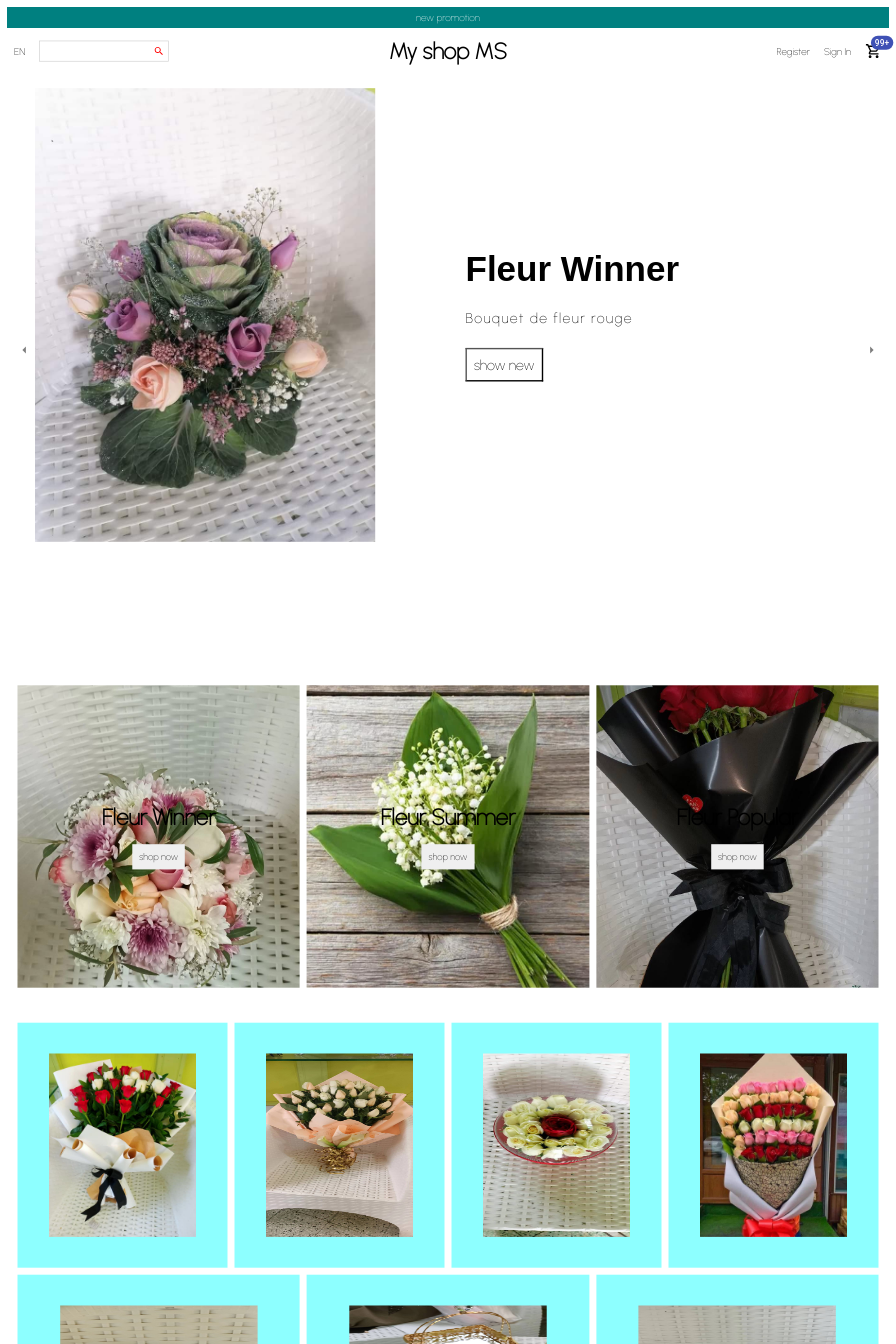
Repository: jarraymassaoud/react-web
Page: /
The author's editor kept a copy of each file at every save. The page is drawn from the files as they stood at one save, then again after the next save.
The browser window is 1280 px wide. The pictures show the part of the page from y = 0 to 1920 px (the page is 2807 px tall), at 70% of full size.
The project was rebuilt for these pictures with package versions that can differ from the ones it lists, and the page was loaded fresh each time. Also part of the build but not shown: src/pages/Cart.jsx, src/pages/Login.jsx, src/pages/Bunch.jsx.

Above is the page before, as saved 2022-06-01 08:21:04.

### public/index.html
<!DOCTYPE html>
<html lang="en">
  <head>
    <meta charset="utf-8" />
    <link rel="icon" href="%PUBLIC_URL%/favicon.ico" />
    <meta name="viewport" content="width=device-width, initial-scale=1" />
    <meta name="theme-color" content="#000000" />
    <meta
      name="description"
      content="Web site created using create-react-app"
    />
    <link rel="preconnect" href="https://fonts.googleapis.com" />
    <link rel="preconnect" href="https://fonts.gstatic.com" crossorigin />
    <link
      href="https://fonts.googleapis.com/css2?family=Urbanist:wght@100&display=swap"
      rel="stylesheet"
    />
    <style>
      * {
        margin: 0;
        font-family: "Urbanist", sans-serif;
      }
    </style>
    <!--
      manifest.json provides metadata used when your web app is installed on a
      user's mobile device or desktop. See https://developers.google.com/web/fundamentals/web-app-manifest/
    -->
    <!--
      Notice the use of %PUBLIC_URL% in the tags above.
      It will be replaced with the URL of the `public` folder during the build.
      Only files inside the `public` folder can be referenced from the HTML.

      Unlike "/favicon.ico" or "favicon.ico", "%PUBLIC_URL%/favicon.ico" will
      work correctly both with client-side routing and a non-root public URL.
      Learn how to configure a non-root public URL by running `npm run build`.
    -->
    <title>React App</title>
  </head>
  <body>
    <noscript>You need to enable JavaScript to run this app.</noscript>
    <div id="root"></div>
    <!--
      This HTML file is a template.
      If you open it directly in the browser, you will see an empty page.

      You can add webfonts, meta tags, or analytics to this file.
      The build step will place the bundled scripts into the <body> tag.

      To begin the development, run `npm start` or `yarn start`.
      To create a production bundle, use `npm run build` or `yarn build`.
    -->
  </body>
</html>

### src/App.jsx
import React from "react";
import Cart from "./pages/Cart";
import Login from "./pages/Login";
import Home from "./pages/Home";
import Bunch from "./pages/Bunch";

const App = () => {
  return <Home />;
};

export default App;

### src/pages/Home.jsx
import React from "react";
import Annonce from "../components/Annonce";
import Navbar from "../components/Navbar";
import Slider from "../components/Slider";
import Categories from "../components/Categories";
import Products from "../components/Products";
import Newsletter from "../components/Newsletter";
import Footer from "../components/Footer";

const Home = () => {
  return (
    <div>
      <Annonce />
      <Navbar />
      <Slider />
      <Categories />
      <Products />
      <Newsletter />
      <Footer />
    </div>
  );
};

export default Home;

### src/components/Annonce.jsx
import styled from "styled-components";

const Container = styled.div`
  height: 30px;
  background-color: teal;
  color: white;
  display: flex;
  align-items: center;
  justify-content: center;
  font-size: 14px;
  font-weight: 500;
  margin: 10px;
`;

const Annonce = () => {
  return (
    <div>
      <Container>new promotion</Container>
    </div>
  );
};

export default Annonce;

### src/components/Footer.jsx
import {
  Facebook,
  GitHub,
  LinkedIn,
  MailOutline,
  Phone,
  Room,
} from "@material-ui/icons";
import React from "react";
import styled from "styled-components";
const Container = styled.div`
  display: flex;
  border: 0.5px solid lightgray;
  border-radius: 10px;
  background-color: gainsboro;
`;
const Left = styled.div`
  flex: 1;
  display: flex;
  padding: 20px;
  flex-direction: column;
  margin-left: 100px;
`;
const Logo = styled.h1``;
const Desc = styled.p`
  margin: 20px 0px;
`;
const SocialContainer = styled.div`
  display: flex;
`;
const SocialIcon = styled.div`
  width: 40px;
  height: 40px;
  border-radius: 50%;
  color: white;
  background-color: #${(props) => props.color};
  display: flex;
  align-items: center;
  justify-content: center;
  margin-right: 10px;
`;

const Center = styled.div`
  flex: 1;
  padding: 20px;
  align-items: center;
  justify-content: center;
`;
const Title = styled.h3`
  margin-bottom: 30px;
`;
const List = styled.ul`
  margin: 0px;
  padding: 0px;
  list-style: none;
  flex-wrap: wrap;
`;
const ListItem = styled.li`
  width: 50%;
`;
const Right = styled.div`
  flex: 1;
  padding: 20px;
  justify-content: center;
  align-items: center;
  margin-left: 100px;
`;
const ContactItem = styled.div``;

const Footer = () => {
  return (
    <Container>
      <Left>
        <Logo> MS</Logo>
        <Desc>my shop MS</Desc>
        <SocialContainer>
          <SocialIcon color="0080ff">
            <Facebook />
          </SocialIcon>
          <SocialIcon color="0059b3">
            <LinkedIn />
          </SocialIcon>
          <SocialIcon color="000000">
            <GitHub />
          </SocialIcon>
        </SocialContainer>
      </Left>
      <Center>
        <Title> Links</Title>
        <List>
          <ListItem>Home</ListItem>
          <ListItem>Cart</ListItem>
          <ListItem>Accesoires</ListItem>
          <ListItem>MyAccount</ListItem>
        </List>
      </Center>
      <Right>
        <Title> Contact</Title>
        <ContactItem>
          <Room />
          Tunisia
        </ContactItem>
        <ContactItem>
          <Phone />
          xxxxxxxx
        </ContactItem>
        <ContactItem>
          <MailOutline /> jarraymassoud@gmail.com
        </ContactItem>
      </Right>
    </Container>
  );
};

export default Footer;

### src/components/Navbar.jsx
import { Search, ShoppingCartOutlined } from "@material-ui/icons";
import { Badge } from "@material-ui/core";
import React from "react";
import styled from "styled-components";

const Container = styled.div`
  height: 40px;
`;

const Wrapper = styled.div`
  padding: 4px 20px;
  display: flex;
  justify-content: space-between;
`;

const Left = styled.div`
  flex: 1;
  display: flex;
  align-items: center;
`;

const Language = styled.span`
  font-size: 14px;
  cursor: pointer;
`;
const SearchContainer = styled.div`
  border: 0.5px solid lightgray;
  display: flex;
  align-items: center;
  margin-left: 20px;
  padding: 5px;
`;
const Input = styled.input`
  border: none;
`;
const Center = styled.div`
  flex: 1;
  text-align: center;
`;
const Logo = styled.h1`
  font-weight: bold;
  display: flex;
  justify-content: center;
`;
const Right = styled.div`
  flex: 1;
  display: flex;
  align-items: center;
  justify-content: flex-end;
`;
const MenuItem = styled.div`
  font-size: 14px;
  cursor: pointer;
  margin-left: 20px;
`;
const Navbar = () => {
  return (
    <Container>
      <Wrapper>
        <Left>
          <Language>EN</Language>
          <SearchContainer>
            <Input />
            <Search style={{ color: "red", fontSize: 16 }} />
          </SearchContainer>
        </Left>
        <Center>
          <Logo>My shop MS</Logo>
        </Center>
        <Right>
          <MenuItem>Register</MenuItem>
          <MenuItem> Sign In</MenuItem>
          <MenuItem>
            <Badge badgeContent={100} color="primary" max={99}>
              <ShoppingCartOutlined />
            </Badge>
          </MenuItem>
        </Right>
      </Wrapper>
    </Container>
  );
};

export default Navbar;

### src/components/Slider.jsx
import React from "react";

import { ArrowLeftOutlined, ArrowRightOutlined } from "@material-ui/icons";
import styled from "styled-components";
import { sliderItems } from "../data";
import { useState } from "react";

const Container = styled.div`
  width: 100%;
  height: 120vh;
  display: flex;
  position: relative;
  overflow: hidden;
`;

const Arrow = styled.div`
  width: 50px;
  height: 50px;
  border-radius: 50%;
  display: flex;
  align-items: center;
  justify-content: center;
  position: absolute;
  top: 0%;
  left: ${(props) => props.direction === "left" && "10px"};
  right: ${(props) => props.direction === "right" && "10px"};
  bottom: 5%;
  margin: auto;
  cursor: pointer;
  opacity: 0.5;
  z-index: 2;
`;
const Wrapper = styled.div`
  height: 90%;
  display: flex;
  transition: all 1.5s ease;
  transform: translateX(${(props) => props.slideIndex * -100}vw);
`;
const Slide = styled.div`
  width: 100vw;
  height: 100vh;
  display: flex;
  align-items: center;
  background-color: #${(props) => props.bg};
`;
const ImgContainer = styled.div`
  padding-left: 50px;
  height: 90%;
  flex: 1;
`;
const InfoContainer = styled.div`
  flex: 1;
`;
const Image = styled.img`
  height: 100%;
`;
const Title = styled.h1`
  font-family: sans-serif;
  font-size: 50px;
`;
const Desc = styled.p`
  margin: 30px 0px;
  font-size: 20px;
  font-weight: 500;
  letter-spacing: 2px;
`;
const Button = styled.button`
  padding: 10px;
  font-size: 20px;
  background-color: transparent;
  cursor: pointer;
`;

const Slider = () => {
  const [slideIndex, setSlideIndex] = useState(0);
  const handleClick = (direction) => {
    if (direction === "left") {
      setSlideIndex(slideIndex > 0 ? slideIndex - 1 : 2);
    } else {
      setSlideIndex(slideIndex < 2 ? slideIndex + 1 : 0);
    }
  };

  return (
    <Container>
      <Arrow direction="left" onClick={() => handleClick("left")}>
        <ArrowLeftOutlined />
      </Arrow>
      <Wrapper slideIndex={slideIndex}>
        {sliderItems.map((item) => (
          <Slide>
            <ImgContainer>
              <Image src={item.img} />
            </ImgContainer>
            <InfoContainer>
              <Title>{item.title}</Title>
              <Desc>{item.desc}</Desc>
              <Button>show new</Button>
            </InfoContainer>
          </Slide>
        ))}
      </Wrapper>

      <Arrow direction="right" onClick={() => handleClick("right")}>
        <ArrowRightOutlined />
      </Arrow>
    </Container>
  );
};

export default Slider;

### src/components/Categories.jsx
import styled from "styled-components";
import React from "react";
import { categories } from "../data";
import CategoryItem from "./CategoryItem";

const Container = styled.div`
  flex: 1;
  display: flex;
  padding: 20px;
`;
const Categories = () => {
  return (
    <Container>
      {categories.map((item) => (
        <CategoryItem item={item} />
      ))}
    </Container>
  );
};

export default Categories;

### src/components/Products.jsx
import styled from "styled-components";
import { products } from "../data";
import Product from "./Product";

const Container = styled.div`
  display: flex;
  padding: 20px;
  flex-wrap: wrap;
  justify-content: space-between;
`;
const Products = () => {
  return (
    <Container>
      {products.map((item) => (
        <Product item={item} key={item.id} />
      ))}
    </Container>
  );
};

export default Products;

### src/components/Newsletter.jsx
import { Send } from "@material-ui/icons";
import styled from "styled-components";

const Container = styled.div`
  height: 60vh;
  background-color: white;
  display: flex;
  align-items: center;
  justify-content: center;
  flex-direction: column;
`;
const Title = styled.h1`
  font-size: 70px;
`;
const Desc = styled.div`
  font-size: 30px;
  font-weight: 300;
`;
const InputContainer = styled.div`
  width: 50%;
  height: 40px;
  display: flex;
  justify-content: space-between;
  border: 1px solid lavender;
`;
const Input = styled.input`
  border: none;
  flex: 8;
`;
const Button = styled.button`
  flex: 1;
  border: none;
  background-color: #5ff;
`;

const Newsletter = () => {
  return (
    <Container>
      <Title> Newsletter</Title>
      <Desc> your web site</Desc>
      <InputContainer>
        <Input placeholder="your email" />
        <Button>
          <Send />
        </Button>
      </InputContainer>
    </Container>
  );
};

export default Newsletter;

### src/data.js
export const sliderItems = [
  {
    id: 1,
    img: "images/img1.jpg",
    title: "Fleur Winner",
    desc: "Bouquet de fleur rouge",
    bg: "fcf1ed",
  },

  {
    id: 2,
    img: "images/img25.jpg",
    title: "Fleur Summer",
    desc: "Bouquet de fleur rouge",
    bg: "f5fafd",
  },
  {
    id: 3,
    img: "images/img20.jpg",
    title: "Fleur Popular",
    desc: "Bouquet de fleur popular",
    bg: "fbf0f4",
  },
];

export const categories = [
  {
    id: 1,
    img: "images/img4.jpg",
    title: "Fleur Winner",
  },
  {
    id: 2,
    img: "images/img5.jpg",
    title: "Fleur Summer",
  },
  {
    id: 3,
    img: "images/img6.jpg",
    title: "Fleur Popular",
  },
];
export const products = [
  {
    id: 1,
    img: "images/img7.jpg",
  },
  {
    id: 2,
    img: "images/img8.jpg",
  },
  {
    id: 3,
    img: "images/img10.jpg",
  },
  {
    id: 4,
    img: "images/img11.jpg",
  },
  {
    id: 5,
    img: "images/img13.jpg",
  },

  {
    id: 6,
    img: "images/img14.jpg",
  },
  {
    id: 6,
    img: "images/img26.jpg",
  },
];

### src/components/CategoryItem.jsx
import React from "react";
import styled from "styled-components";

const Container = styled.div`
  flex: 1;
  margin: 5px;
  height: 60vh;
  background-color: #f5f;

  position: relative;
`;
const Image = styled.img`
  width: 100%;
  height: 100%;
  object-fit: cover;
`;
const Info = styled.div`
  position: absolute;
  top: 0%;
  left: 0%;
  width: 100%;
  height: 100%;
  align-items: center;
  display: flex;
  flex-direction: column;
  justify-content: center;
`;
const Title = styled.h1`
  margin-bottom: 20px;
`;
const Button = styled.button`
  border: none;
  padding: 10px;
  cursor: pointer;
  align-items: center;
  font-weight: 600%;
`;
const CategoryItem = ({ item }) => {
  return (
    <Container>
      <Image src={item.img} />
      <Info>
        <Title>{item.title}</Title>
        <Button> shop now</Button>
      </Info>
    </Container>
  );
};

export default CategoryItem;

### src/components/Product.jsx
import {
  FavoriteBorderOutlined,
  SearchOutlined,
  ShoppingCartOutlined,
} from "@material-ui/icons";
import styled from "styled-components";

const Info = styled.div`
  opacity: 0;
  width: 100%;
  height: 100%;
  top: 0%;
  left: 0%;
  position: absolute;
  background-color: rgba(0, 0, 0, 0.2);
  align-items: center;
  justify-content: center;
  display: flex;
  z-index: 3;
  transform: all 0.5s ease;
  cursor: pointer;
`;
const Container = styled.div`
  flex: 1;
  margin: 5px;
  min-width: 280px;
  height: 350px;
  display: flex;
  align-items: center;
  justify-content: center;
  background-color: #5ffa;
  position: relative;

  &:hover ${Info} {
    opacity: 1;
  }
`;
const Image = styled.img`
  height: 75%;
  z-index: 2;
  width: 70%;
`;
/*const Circle = styled.div`
  width: 200px;
  height: 200px;
  border-radius: 70%;
  background-color: white;
  position: absolute;
`;*/
const Icon = styled.div`
  width: 40px;
  height: 40px;
  border-radius: 50%;
  background-color: white;
  align-items: center;
  display: flex;
  justify-content: center;
  margin: 10px;
  transition: all 0.5s ease;

  &:hover {
    background-color: #e9f5f5;
    transform: scale(1.5);
  }
`;

const Product = ({ item }) => {
  return (
    <Container>
      <Image src={item.img} />
      <Info>
        <Icon>
          <SearchOutlined />
        </Icon>
        <Icon>
          <FavoriteBorderOutlined />
        </Icon>
        <Icon>
          <ShoppingCartOutlined />
        </Icon>
      </Info>
    </Container>
  );
};

export default Product;

Loaded but not shown: src/index.js (common file); src/index.css (common file); src/reportWebVitals.js (common file)

After the next save:
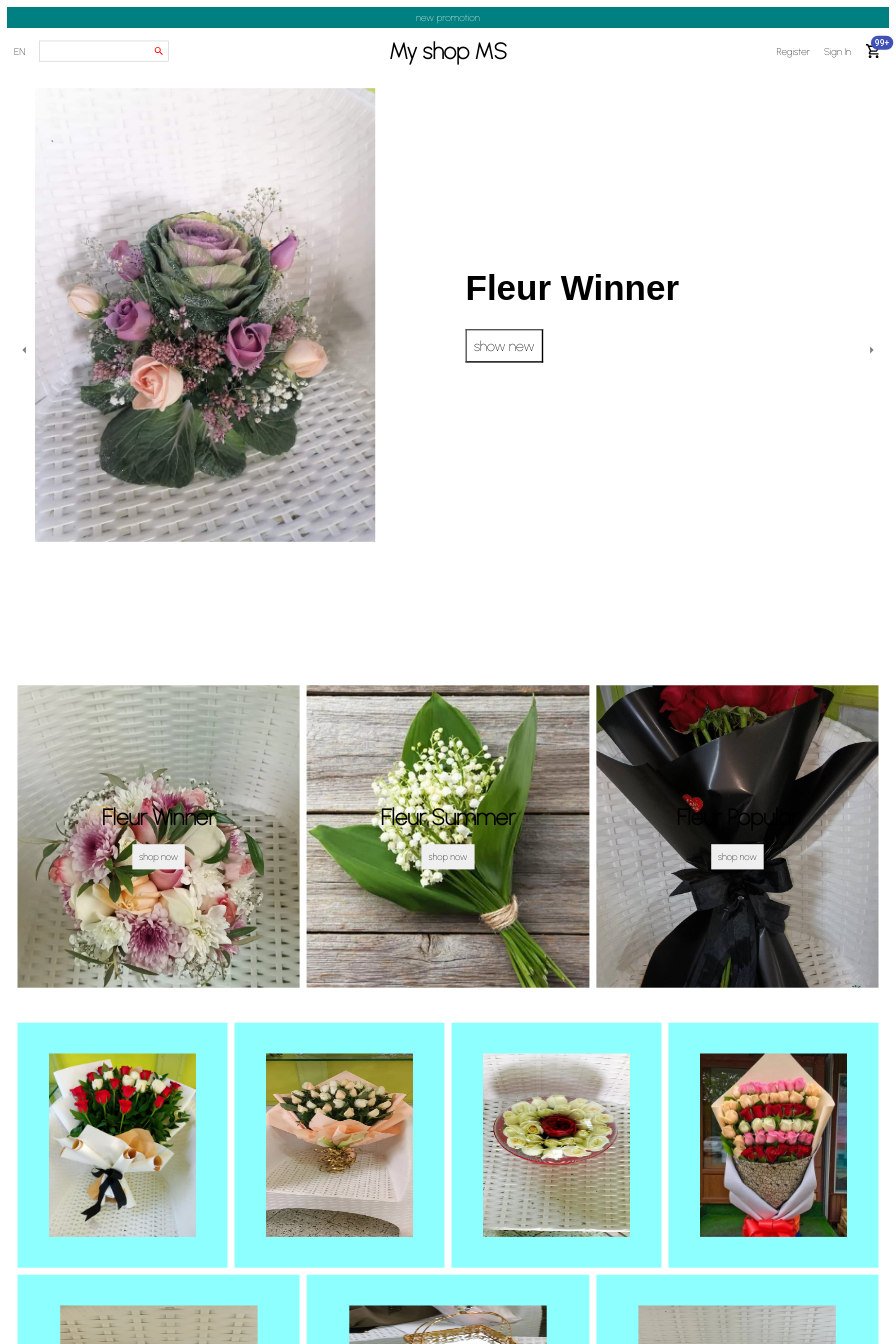
Saved 101 s later.
--- a/src/data.js
+++ b/src/data.js
@@ -3,7 +3,7 @@ export const sliderItems = [
     id: 1,
     img: "images/img1.jpg",
     title: "Fleur Winner",
-    desc: "Bouquet de fleur rouge",
+    desc: "",
     bg: "fcf1ed",
   },
 
@@ -11,14 +11,14 @@ export const sliderItems = [
     id: 2,
     img: "images/img25.jpg",
     title: "Fleur Summer",
-    desc: "Bouquet de fleur rouge",
+    desc: "",
     bg: "f5fafd",
   },
   {
     id: 3,
     img: "images/img20.jpg",
     title: "Fleur Popular",
-    desc: "Bouquet de fleur popular",
+    desc: "",
     bg: "fbf0f4",
   },
 ];
